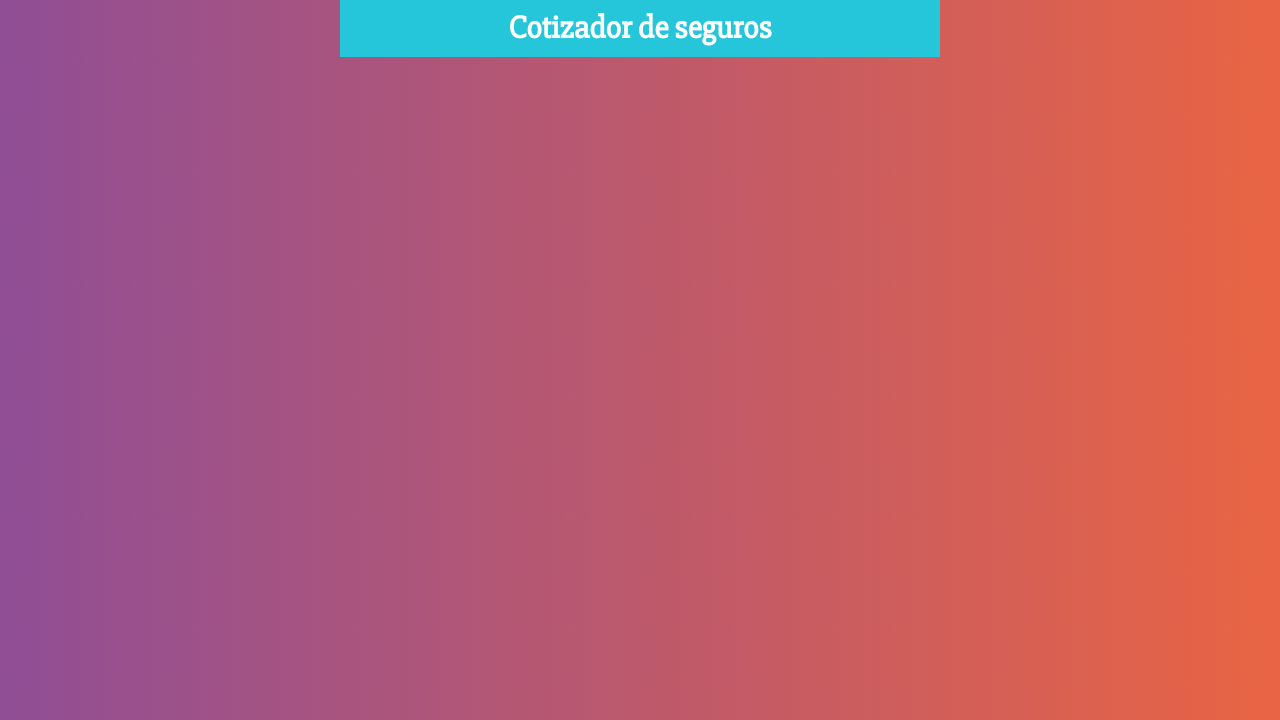
Repository: leonmezu1/cotizadorSeguroReact
Page: /
An editor plug-in stored every save of this project. The page is shown before and after the next save, followed by the edit.
The browser window is 1280 px wide. The pictures show the whole page.
The project was rebuilt for these pictures with package versions that can differ from the ones it lists, and the page was loaded fresh each time.

Above is the page before, as saved 2020-10-08 09:26:49.

After the next save:
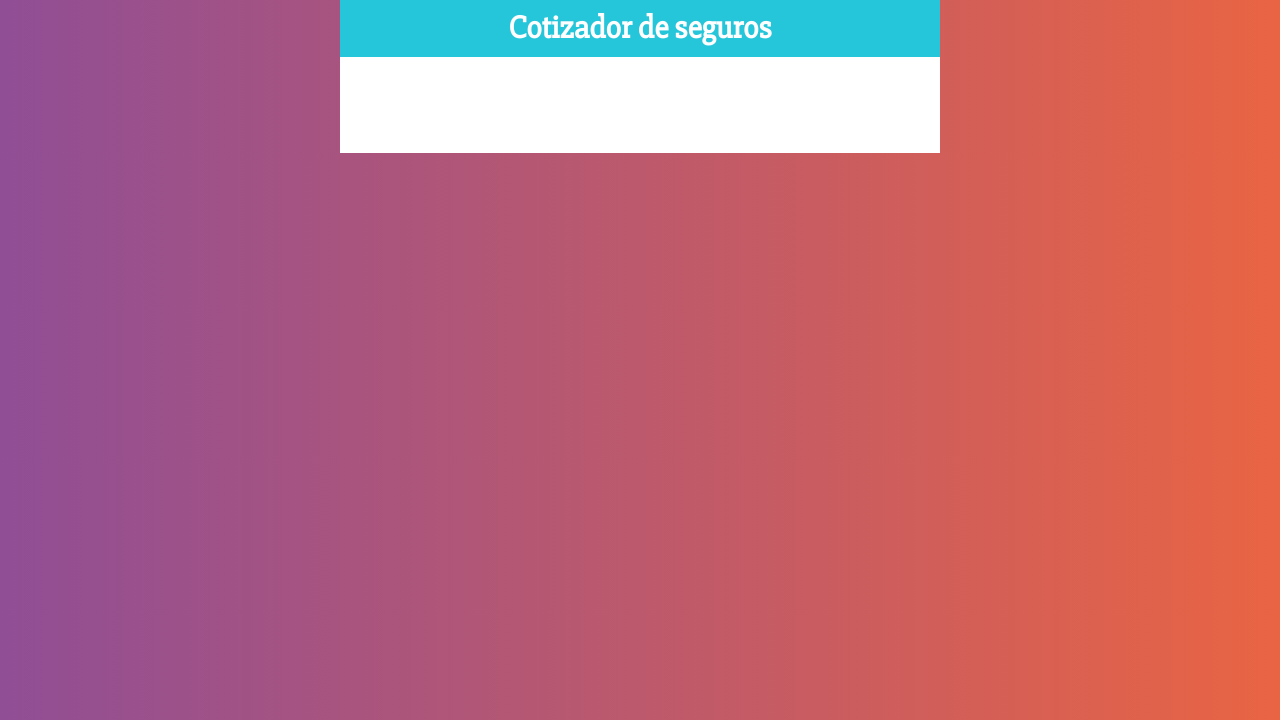
Saved 13 s later.
--- a/src/App.js
+++ b/src/App.js
@@ -16,6 +16,7 @@ function App() {
   return (
     <Contenedor>
       <Header titulo="Cotizador de seguros" />
+      <ContenedorFormulario></ContenedorFormulario>
     </Contenedor>
   );
 }
